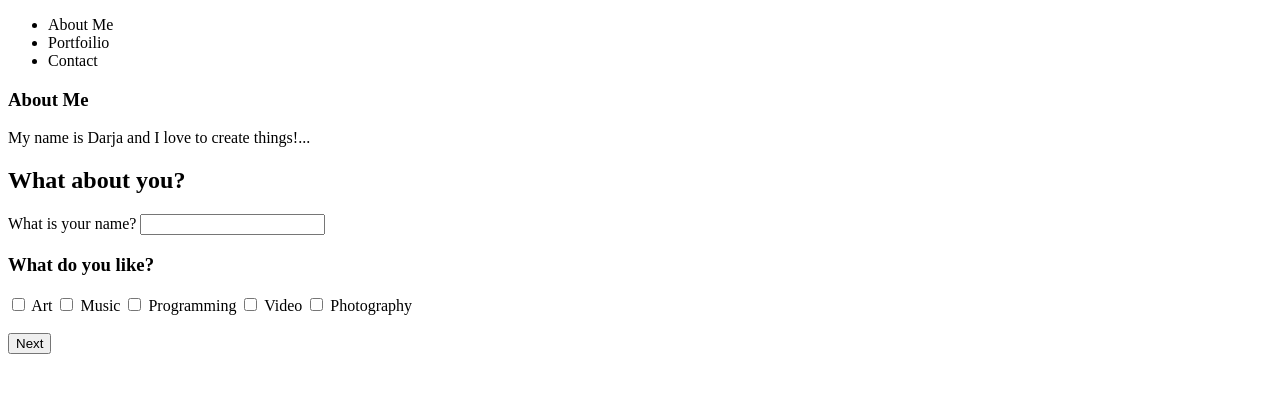
Repository: holyygreg/PortfolioProject
Page: code files/index.html
The author's editor kept a copy of each file at every save. The page is drawn from the files as they stood at one save, then again after a run of saves.
The browser window is 1280 px wide. The pictures show the whole page.

Above is the page before, as saved 2024-08-02 16:11:03.

After the next 2 saves:
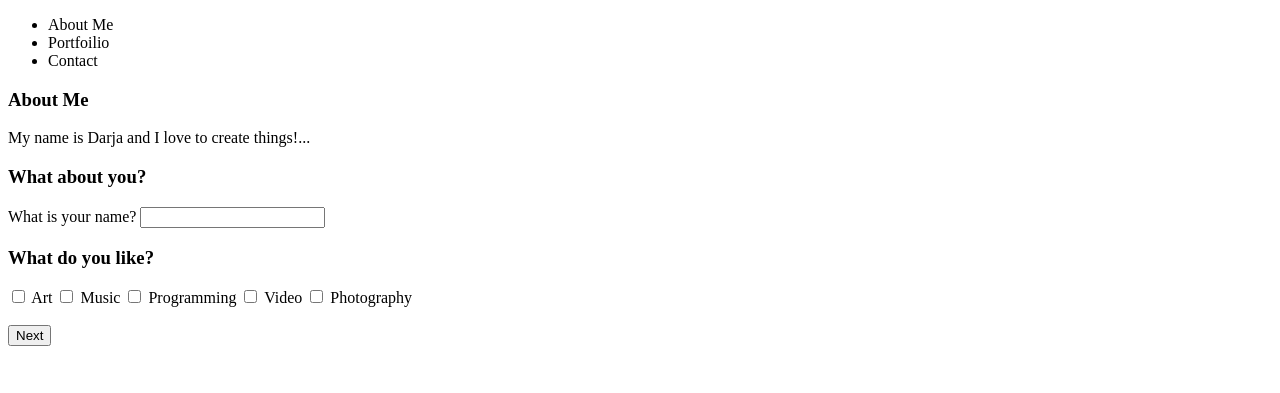
The 2 saves are shown as one change because they came seconds apart.
The last was saved 4 min 19 s later.
--- a/code files/index.html
+++ b/code files/index.html
@@ -25,7 +25,7 @@
     </section>
 
     <section>
-        <h2>What about you?</h2>
+        <h3>What about you?</h3>
         <label>What is your name?</label>
         <input type="text"/>
         <br>
